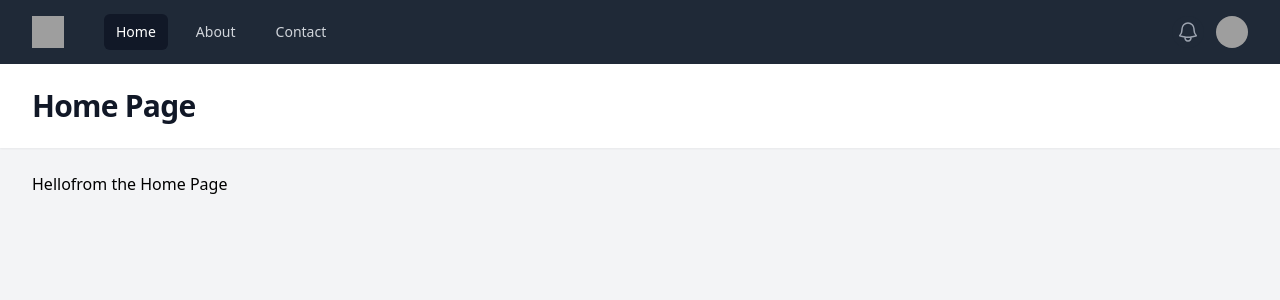
Repository: mennaabdelelhady/30-Days-to-Learn-Laravel
Page: http://localhost/home
These files come from the project's save history. The page is drawn as it stood at one moment and after the next save; the edit follows.
The browser window is 1280 px wide. The pictures show the whole page.
Pictures or frames that could not be fetched are drawn as grey boxes. Some web libraries are served in a nearby version. The page is served by the project's Laravel application, run on PHP 8.4 with Laravel 12. Other server files are loaded and not shown.

Above is the page before, as saved 2025-07-09 12:04:28.

### routes/web.php
<?php

use Illuminate\Support\Facades\Route;

Route::get('/home', function () {
    return view('home',['greeting'=>'Hello']);
});

Route::get('/about', function () {
    return view('about');
});

Route::get('/contact', function () {
    return view('contact');
});

### resources/views/home.blade.php
<x-layout>
    <x-slot:heading>
        Home Page
    </x-slot:heading>
    <h1>{{$greeting}}from the Home Page</h1>
</x-layout>

### resources/views/components/layout.blade.php
<!DOCTYPE html>
<html lang="en" class="h-full bg-gray-100">

<head>
    <meta charset="UTF-8">
    <meta name="viewport" content="width=device-width, initial-scale=1.0">
    <title>My Website</title>
    <script src="https://cdn.tailwindcss.com"></script>
</head>

<body class="h-full">
    <div class="min-h-full">
        <nav class="bg-gray-800">
            <div class="mx-auto max-w-7xl px-4 sm:px-6 lg:px-8">
                <div class="flex h-16 items-center justify-between">
                    <div class="flex items-center">
                        <div class="shrink-0">
                            <img class="size-8"
                                src="https://laracasts.com/images/logo/logo-triangle.svg"
                                alt="Your Company" />
                        </div>
                        <div class="hidden md:block">
                            <div class="ml-10 flex items-baseline space-x-4">
                                <!-- Current: "bg-gray-900 text-white", Default: "text-gray-300 hover:bg-gray-700 hover:text-white" -->
                                <x-nav-link href="/home" :active="request()->is('home')">Home</x-nav-link>
                                <x-nav-link href="/about" :active="request()->is('about')">About</x-nav-link>
                                <x-nav-link href="/contact" :active="request()->is('contact')" type="button">Contact</x-nav-link>
                            </div>
                        </div>
                    </div>
                    <div class="hidden md:block">
                        <div class="ml-4 flex items-center md:ml-6">
                            <button type="button"
                                class="relative rounded-full bg-gray-800 p-1 text-gray-400 hover:text-white focus:ring-2 focus:ring-white focus:ring-offset-2 focus:ring-offset-gray-800 focus:outline-hidden">
                                <span class="absolute -inset-1.5"></span>
                                <span class="sr-only">View notifications</span>
                                <svg class="size-6" fill="none" viewBox="0 0 24 24" stroke-width="1.5"
                                    stroke="currentColor" aria-hidden="true" data-slot="icon">
                                    <path stroke-linecap="round" stroke-linejoin="round"
                                        d="M14.857 17.082a23.848 23.848 0 0 0 5.454-1.31A8.967 8.967 0 0 1 18 9.75V9A6 6 0 0 0 6 9v.75a8.967 8.967 0 0 1-2.312 6.022c1.733.64 3.56 1.085 5.455 1.31m5.714 0a24.255 24.255 0 0 1-5.714 0m5.714 0a3 3 0 1 1-5.714 0" />
                                </svg>
                            </button>

                            <!-- Profile dropdown -->
                            <div class="relative ml-3">
                                <div>
                                    <button type="button"
                                        class="relative flex max-w-xs items-center rounded-full bg-gray-800 text-sm focus:outline-hidden focus-visible:ring-2 focus-visible:ring-white focus-visible:ring-offset-2 focus-visible:ring-offset-gray-800"
                                        id="user-menu-button" aria-expanded="false" aria-haspopup="true">
                                        <span class="absolute -inset-1.5"></span>
                                        <span class="sr-only">Open user menu</span>
                                        <img class="size-8 rounded-full"
                                            src="https://laracasts.com/images/lary-ai-face.svg"
                                            alt="" />
                                    </button>
                                </div>


                            </div>
                        </div>
                    </div>
                    <div class="-mr-2 flex md:hidden">
                        <!-- Mobile menu button -->
                        <button type="button"
                            class="relative inline-flex items-center justify-center rounded-md bg-gray-800 p-2 text-gray-400 hover:bg-gray-700 hover:text-white focus:ring-2 focus:ring-white focus:ring-offset-2 focus:ring-offset-gray-800 focus:outline-hidden"
                            aria-controls="mobile-menu" aria-expanded="false">
                            <span class="absolute -inset-0.5"></span>
                            <span class="sr-only">Open main menu</span>
                            <!-- Menu open: "hidden", Menu closed: "block" -->
                            <svg class="block size-6" fill="none" viewBox="0 0 24 24" stroke-width="1.5"
                                stroke="currentColor" aria-hidden="true" data-slot="icon">
                                <path stroke-linecap="round" stroke-linejoin="round"
                                    d="M3.75 6.75h16.5M3.75 12h16.5m-16.5 5.25h16.5" />
                            </svg>
                            <!-- Menu open: "block", Menu closed: "hidden" -->
                            <svg class="hidden size-6" fill="none" viewBox="0 0 24 24" stroke-width="1.5"
                                stroke="currentColor" aria-hidden="true" data-slot="icon">
                                <path stroke-linecap="round" stroke-linejoin="round" d="M6 18 18 6M6 6l12 12" />
                            </svg>
                        </button>
                    </div>
                </div>
            </div>

            <!-- Mobile menu, show/hide based on menu state. -->
            <div class="md:hidden" id="mobile-menu">
                <div class="space-y-1 px-2 pt-2 pb-3 sm:px-3">
                    <!-- Current: "bg-gray-900 text-white", Default: "text-gray-300 hover:bg-gray-700 hover:text-white" -->
                    <a href="/home" class="block rounded-md bg-gray-900 px-3 py-2 text-base font-medium text-white"
                        aria-current="page">Home</a>
                    <a href="/about"
                        class="block rounded-md px-3 py-2 text-base font-medium text-gray-300 hover:bg-gray-700 hover:text-white">About</a>
                    <a href="/contact"
                        class="block rounded-md px-3 py-2 text-base font-medium text-gray-300 hover:bg-gray-700 hover:text-white">Contact</a>
                    <a href="#"
                </div>
                <div class="border-t border-gray-700 pt-4 pb-3">
                    <div class="flex items-center px-5">
                        <div class="shrink-0">
                            <img class="size-10 rounded-full"
                                src="https://laracasts.com/images/lary-ai-face.svg"
                                alt="" />
                        </div>
                        <div class="ml-3">
                            <div class="text-base/5 font-medium text-white">lary robot</div>
                            <div class="text-sm font-medium text-gray-400">menna@gmail.com</div>
                        </div>
                        <button type="button"
                            class="relative ml-auto shrink-0 rounded-full bg-gray-800 p-1 text-gray-400 hover:text-white focus:ring-2 focus:ring-white focus:ring-offset-2 focus:ring-offset-gray-800 focus:outline-hidden">
                            <span class="absolute -inset-1.5"></span>
                            <span class="sr-only">View notifications</span>
                            <svg class="size-6" fill="none" viewBox="0 0 24 24" stroke-width="1.5"
                                stroke="currentColor" aria-hidden="true" data-slot="icon">
                                <path stroke-linecap="round" stroke-linejoin="round"
                                    d="M14.857 17.082a23.848 23.848 0 0 0 5.454-1.31A8.967 8.967 0 0 1 18 9.75V9A6 6 0 0 0 6 9v.75a8.967 8.967 0 0 1-2.312 6.022c1.733.64 3.56 1.085 5.455 1.31m5.714 0a24.255 24.255 0 0 1-5.714 0m5.714 0a3 3 0 1 1-5.714 0" />
                            </svg>
                        </button>
                    </div>
                    <div class="mt-3 space-y-1 px-2">
                        <a href="#"
                            class="block rounded-md px-3 py-2 text-base font-medium text-gray-400 hover:bg-gray-700 hover:text-white">Your
                            Profile</a>
                        <a href="#"
                            class="block rounded-md px-3 py-2 text-base font-medium text-gray-400 hover:bg-gray-700 hover:text-white">Settings</a>
                        <a href="#"
                            class="block rounded-md px-3 py-2 text-base font-medium text-gray-400 hover:bg-gray-700 hover:text-white">Sign
                            out</a>
                    </div>
                </div>
            </div>
        </nav>

        <header class="bg-white shadow-sm">
            <div class="mx-auto max-w-7xl px-4 py-6 sm:px-6 lg:px-8">
                <h1 class="text-3xl font-bold tracking-tight text-gray-900">{{$heading}}</h1>
            </div>
        </header>
        <main>
            <div class="mx-auto max-w-7xl px-4 py-6 sm:px-6 lg:px-8">
                {{$slot}}
            </div>
        </main>
    </div>

</body>

</html>

### resources/views/components/nav-link.blade.php
@props(['active'=>false])
<a class="{{ $active ? 'bg-gray-900 text-white' : 'text-gray-300 hover:bg-gray-700 hover:text-white' }} px-3 py-2 rounded-md text-sm font-medium"
    aria-current="{{$active? 'page':'false'}}"
    {{ $attributes }}
    >{{ $slot }}</a>

After the next save:
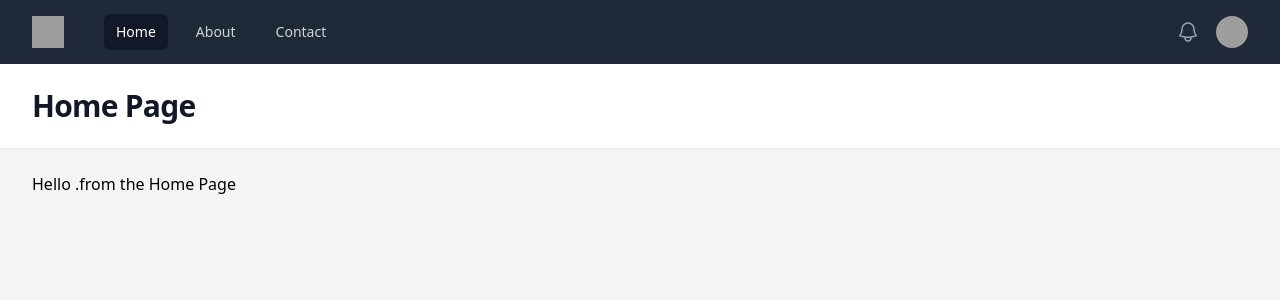
Saved 13 s later.
--- a/resources/views/home.blade.php
+++ b/resources/views/home.blade.php
@@ -2,5 +2,5 @@
     <x-slot:heading>
         Home Page
     </x-slot:heading>
-    <h1>{{$greeting}}from the Home Page</h1>
+    <h1>{{$greeting}} .from the Home Page</h1>
 </x-layout>

After the save that followed:
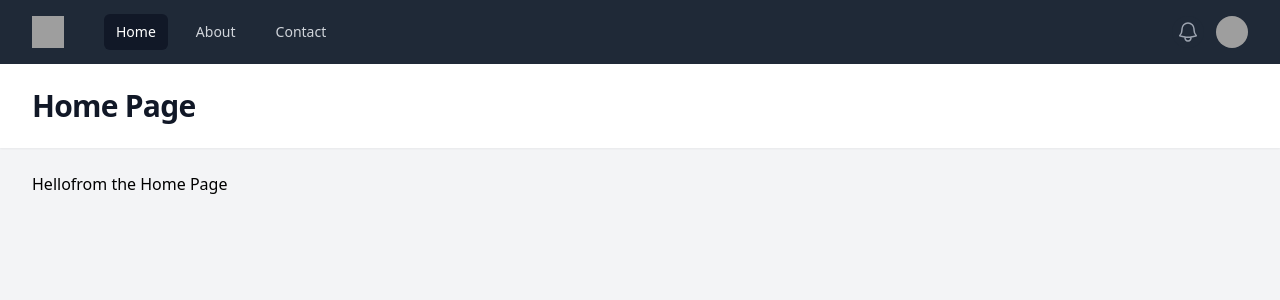
Saved 33 s later.
--- a/resources/views/home.blade.php
+++ b/resources/views/home.blade.php
@@ -2,5 +2,5 @@
     <x-slot:heading>
         Home Page
     </x-slot:heading>
-    <h1>{{$greeting}} .from the Home Page</h1>
+    <h1>{{$greeting}}from the Home Page</h1>
 </x-layout>
